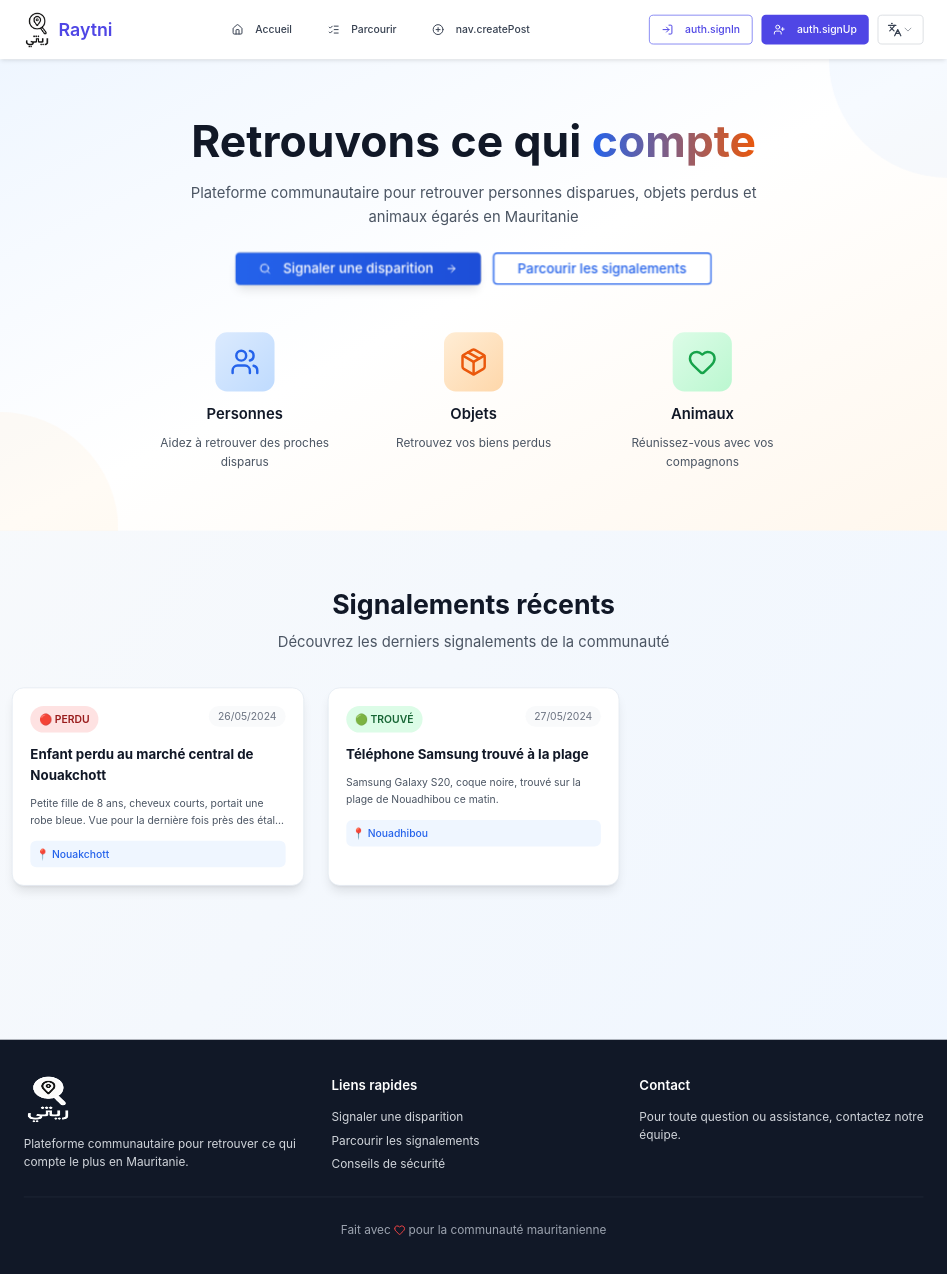
Repository: DahSidiAbdallah/Raytni
Page: /
The author's editor kept a copy of each file at every save. The page is drawn from the files as they stood at one save, then again after the next save.
The browser window is 1280 px wide. The pictures show the whole page, at 74% of full size.
The project was rebuilt for these pictures with package versions that can differ from the ones it lists, and the page was loaded fresh each time. Also part of the build but not shown: vite.config.ts, src/components/ui/tooltip.tsx, src/components/ui/input.tsx, src/components/ui/textarea.tsx, src/components/ui/card.tsx, src/components/CreatePostForm.tsx, src/components/LoadingSpinner.tsx, src/pages/NotFound.tsx and 9 more.

Above is the page before, as saved 2025-05-28 14:53:16.

After the next save:
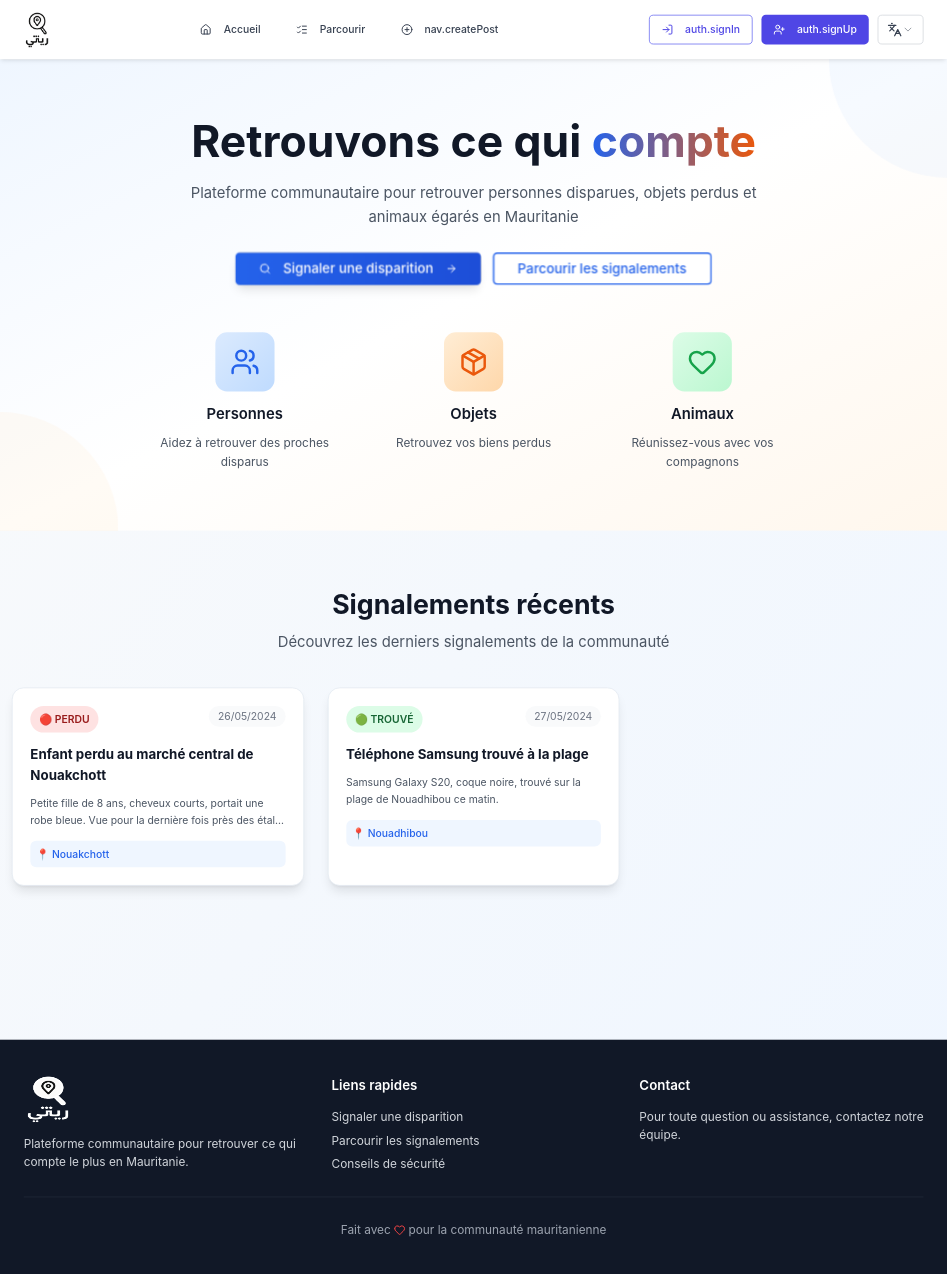
Saved 16 s later.
--- a/src/components/Header.tsx
+++ b/src/components/Header.tsx
@@ -16,14 +16,14 @@ interface HeaderProps {
 
 const Header = ({ onCreatePost, onViewBrowse, onViewHome }: HeaderProps) => {
   const navigate = useNavigate();
-  const { language, changeLanguage, t } = useLanguage();
+  const { language, setLanguage, t } = useLanguage();
   const [isMobileMenuOpen, setIsMobileMenuOpen] = useState(false);
   const [searchTerm, setSearchTerm] = useState("");
 
   const handleSearch = (e: React.FormEvent) => {
     e.preventDefault();
     if (searchTerm.trim()) {
-      console.log("Raytni Search term:", searchTerm.trim());
+      console.log("Search term:", searchTerm.trim());
       setSearchTerm("");
     }
   };
@@ -34,16 +34,16 @@ const Header = ({ onCreatePost, onViewBrowse, onViewHome }: HeaderProps) => {
         <div className="flex items-center justify-between h-20">
           <div className="flex items-center">
             <Link to="/" className="flex items-center space-x-3 rtl:space-x-reverse">
-              <img src={Logo} alt="Raytni Logo" className="h-12 w-auto" />
-              <span className="self-center text-2xl font-semibold whitespace-nowrap text-indigo-600">Raytni</span>
+              <img src={Logo} alt="Chaabik Logo" className="h-12 w-auto" />
+
             </Link>
           </div>
 
           <div className="hidden md:flex items-center space-x-6">
             <nav className="space-x-4">
-              <Button variant="ghost" onClick={onViewHome} className="text-gray-700 hover:text-indigo-600"><Home className="mr-2 h-5 w-5"/>{t('nav.home')}</Button>
-              <Button variant="ghost" onClick={onViewBrowse} className="text-gray-700 hover:text-indigo-600"><ListChecks className="mr-2 h-5 w-5"/>{t('nav.browse')}</Button>
-              <Button variant="ghost" onClick={onCreatePost} className="text-gray-700 hover:text-indigo-600"><PlusCircle className="mr-2 h-5 w-5"/>{t('nav.createPost')}</Button>
+              <Button variant="ghost" onClick={onViewHome} className="text-gray-700 hover:text-blue-600"><Home className="mr-2 h-5 w-5"/>{t('nav.home')}</Button>
+              <Button variant="ghost" onClick={onViewBrowse} className="text-gray-700 hover:text-blue-600"><ListChecks className="mr-2 h-5 w-5"/>{t('nav.browse')}</Button>
+              <Button variant="ghost" onClick={onCreatePost} className="text-gray-700 hover:text-blue-600"><PlusCircle className="mr-2 h-5 w-5"/>{t('nav.createPost')}</Button>
             </nav>
           </div>
 
@@ -54,7 +54,7 @@ const Header = ({ onCreatePost, onViewBrowse, onViewHome }: HeaderProps) => {
             <Button onClick={() => navigate('/signup')} className="bg-indigo-600 hover:bg-indigo-700 text-white">
               <UserPlus className="mr-2 h-5 w-5" /> {t('auth.signUp')}
             </Button>
-            <Select value={language} onValueChange={changeLanguage}>
+            <Select value={language} onValueChange={setLanguage}>
               <SelectTrigger className="w-auto text-gray-700 hover:text-indigo-600 border-gray-300 focus:ring-indigo-500 focus:border-indigo-500">
                 <Languages className="h-5 w-5" />
               </SelectTrigger>
@@ -98,7 +98,7 @@ const Header = ({ onCreatePost, onViewBrowse, onViewHome }: HeaderProps) => {
                   <hr className="my-4"/>
                   <div className="pt-2">
                     <p className="text-sm font-medium text-gray-500 mb-2">{t('settings.language')}</p>
-                    <Select value={language} onValueChange={(newLang) => { changeLanguage(newLang); setIsMobileMenuOpen(false); }}>
+                    <Select value={language} onValueChange={(newLang) => { setLanguage(newLang); setIsMobileMenuOpen(false); }}>
                         <SelectTrigger className="w-full focus:ring-indigo-500 focus:border-indigo-500">
                             <Languages className="mr-2 h-5 w-5" />
                             <span>{language === 'en' ? 'English' : language === 'fr' ? 'Français' : 'العربية'}</span>
